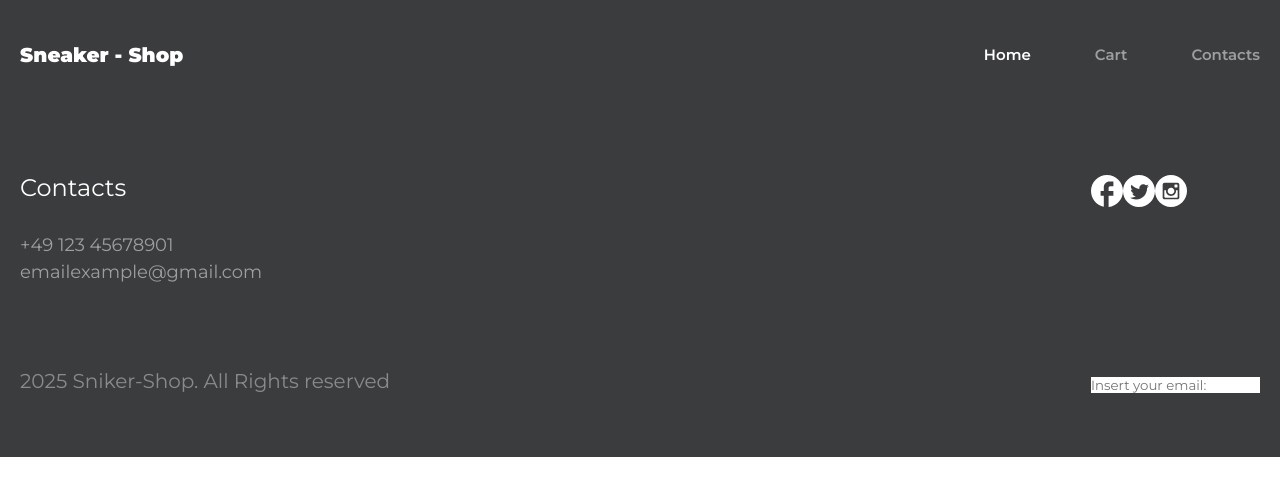
Repository: IstratiiNik/sneaker-shop
Page: /
These files come from the project's save history. The page is drawn as it stood at one moment and after a run of saves; the edit follows.
The browser window is 1280 px wide. The pictures show the whole page.
The project was rebuilt for these pictures with package versions that can differ from the ones it lists, and the page was loaded fresh each time. Also part of the build but not shown: vite.config.js.

Above is the page before, as saved 2025-07-01 14:26:11.

After the next 2 saves:
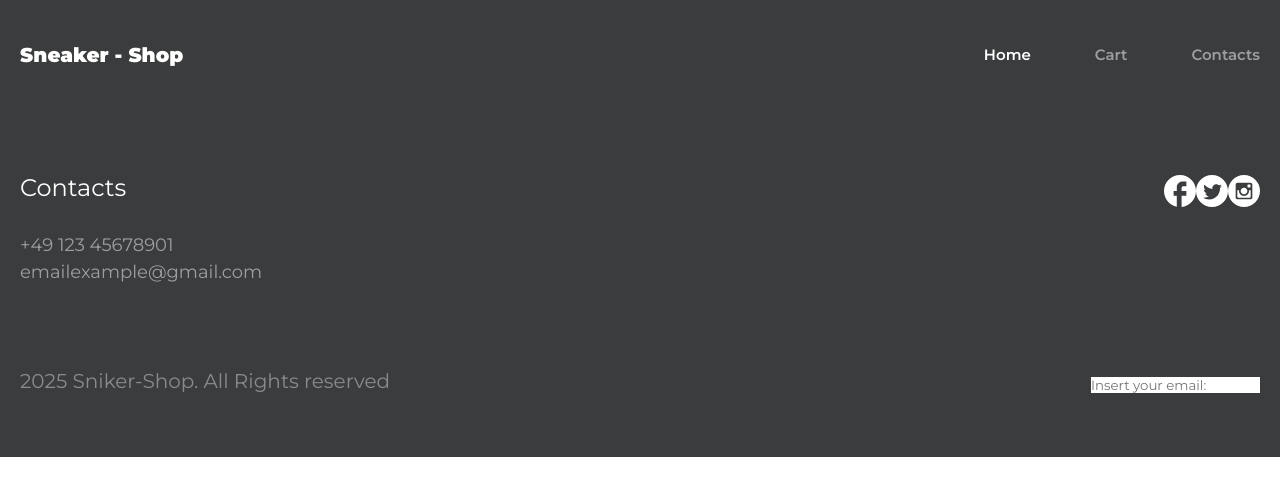
The 2 saves are shown as one change because they came seconds apart.
The last was saved 8 s later.
--- a/src/components/Footer/Footer.module.scss
+++ b/src/components/Footer/Footer.module.scss
@@ -48,7 +48,7 @@
       width: 32px;
     }
     display: flex;
-	 align-items: end;
+	 justify-content: end;
     margin-bottom: 170px;
   }
 }
